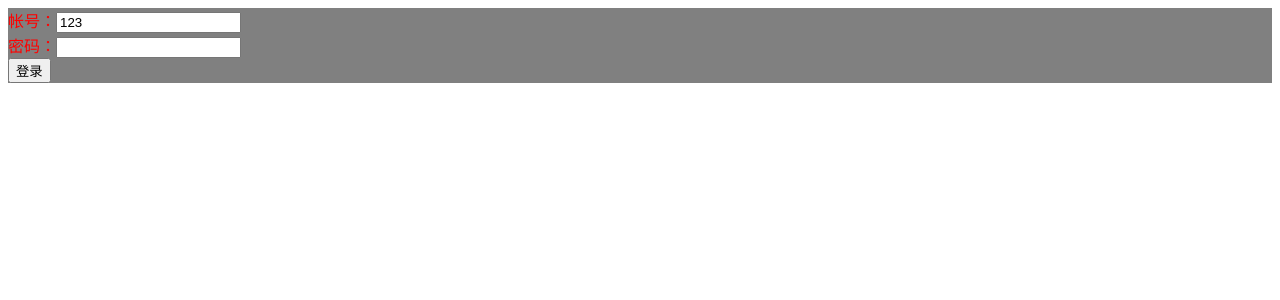
Repository: MuzDing/Muz_Data
Page: http://localhost/javeEe/default.jsp
The author's editor kept a copy of each file at every save. The page is drawn from the files as they stood at one save, then again after the next save.
The browser window is 1280 px wide. The pictures show the whole page.
The page is served by Tomcat 9.

Above is the page before, as saved 2017-09-18 03:03:22.

After the next save:
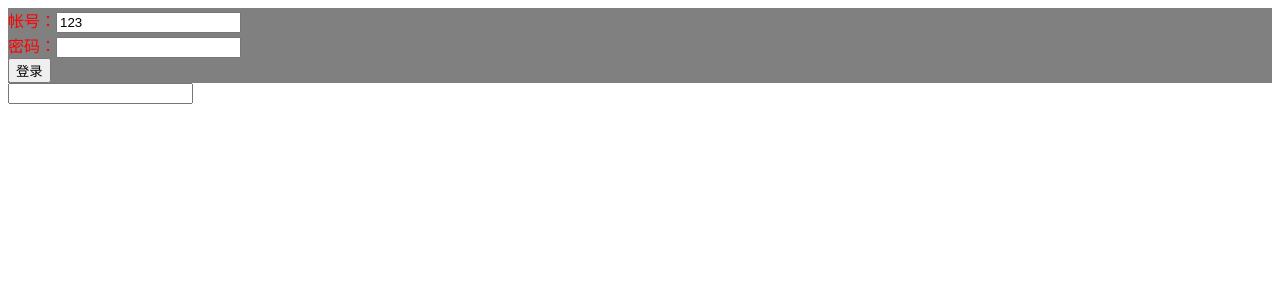
Saved 93 s later.
--- a/java-workspace/javeEe/WebContent/default.jsp
+++ b/java-workspace/javeEe/WebContent/default.jsp
@@ -20,12 +20,14 @@ $(function() {
 	var strUserID;
 	var strUserPWD;
 
-	strUserID = $("#txtUserID").val;
-	strUserPWD = $("#txtUserPWD").val;
+	strUserID = $("#txtUserID").val();
+	strUserPWD = $("#txtUserPWD").val();
 	alert(strUserID);
 	alert(strUserPWD);
 
 	$("div").css({color:"red",backgroundColor:"gray"});
+
+
 })
 </script>
 </head>
@@ -35,5 +37,7 @@ $(function() {
 			密码：<input id="txtUserPWD" type="password" value=""><br>
 			<input id="btnLogin" type="button" value = "登录" >
 		</div>
+
+	<input id = "txtName" type="text" name = "txtTeacherName">
 </body>
 </html>
